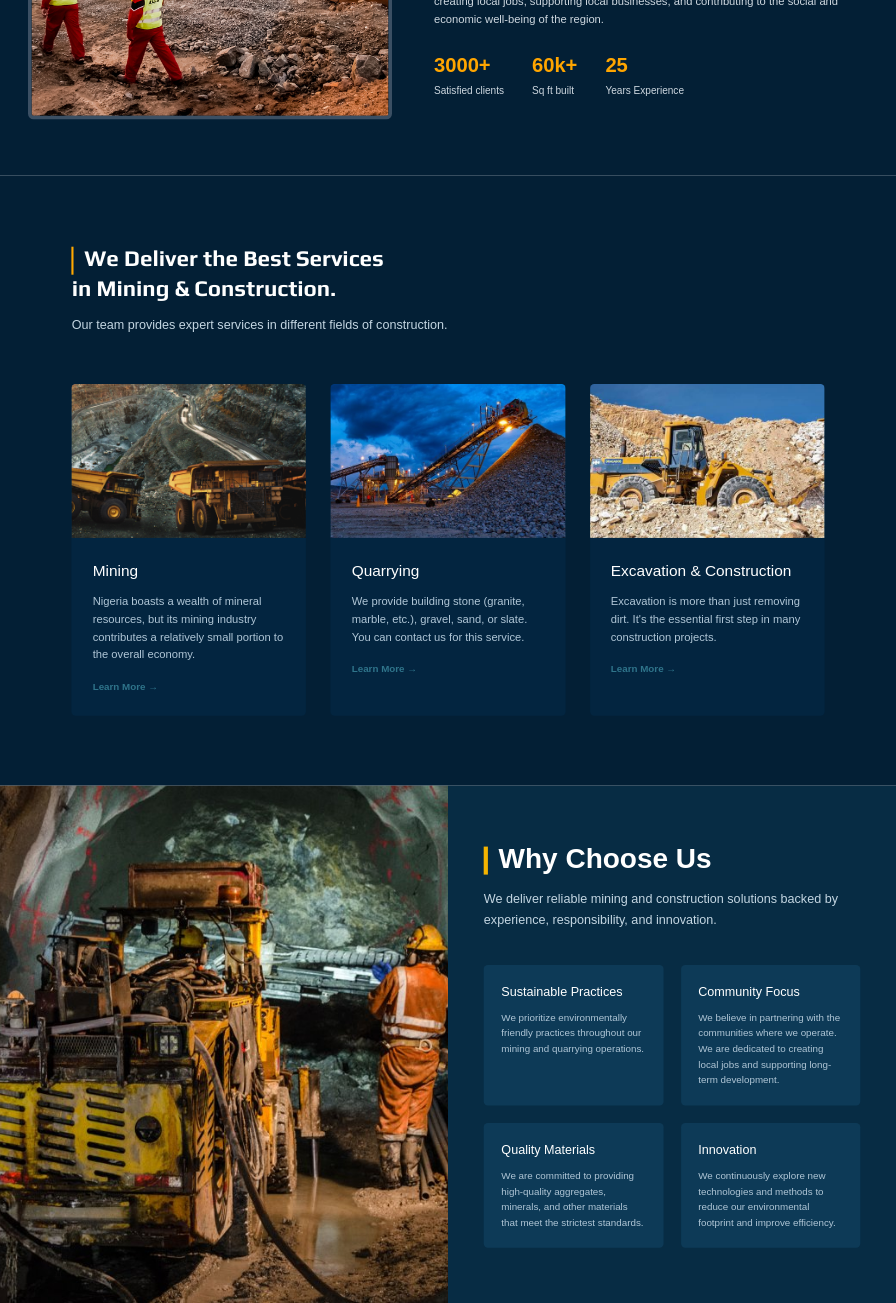
Repository: KC-Minchakpu/promise-earth
Page: /
An editor plug-in stored every save of this project. The page is shown before and after the next save, followed by the edit.
The browser window is 1280 px wide. The pictures show the part of the page from y = 1299 to 3219 px (the page is 3161 px tall before and 3219 px after), at 70% of full size.
The project was rebuilt for these pictures with package versions that can differ from the ones it lists, and the page was loaded fresh each time. The framework's server and built-in components were replaced by stand-ins that run in the browser. Also part of the build but not shown: next.config.ts.

Above is the page before, as saved 2026-02-26 16:38:00.

### src/app/layout.tsx
import type { Metadata } from "next";
import { Play, Poppins } from "next/font/google";
import "./globals.css";
import Header from "@/components/Header/Header";

const play = Play({
  variable: "--font-play",
  subsets: ["latin"],
  weight: ["400", "700"],
});

const poppins = Poppins({
  variable: "--font-poppins",
  subsets: ["latin"],
  weight: ["300", "400", "500", "600", "700"],
});

export const metadata: Metadata = {
  title: "Create Next App",
  description: "Generated by create next app",
};

export default function RootLayout({
  children,
}: Readonly<{
  children: React.ReactNode;
}>) {
  return (
    <html lang="en">
      <body
        className={`${play.variable} ${poppins.variable} antialiased`}
      >
        <Header />
        {children}
      </body>
    </html>
  );
}

### src/app/page.tsx
import AboutUsSection from "@/components/About/AboutUsSection";
import Hero from "@/components/Hero/Hero";
import ServicesSection from "@/components/Services/ServicesSection";
import WhyChooseUs from "@/components/WhyChooseUs/WhyChooseUs";


export default function Home() {
  return (
   <>
    <Hero />
    <AboutUsSection />
    <ServicesSection />
    <WhyChooseUs />
  </>
  );
}

### src/app/globals.css
@import "tailwindcss";

:root {
  --background: #ffffff;
  --foreground: #171717;
}


@media (prefers-color-scheme: dark) {
  :root {
    --background: #0a0a0a;
    --foreground: #ededed;
  }
}

body {
  background: var(--background);
  color: var(--foreground);
  font-family: Arial, Helvetica, sans-serif;
}

### src/components/About/AboutUsSection.tsx
// components/AboutUsSection.tsx
"use client";

import Image from "next/image";
import styles from "./AboutUsSection.module.css";

const AboutUsSection = () => {
  return (
    <section className={styles.aboutSection}>
      <div className={styles.container}>
        {/* Left Image */}
        <div className={styles.imageWrapper}>
          <Image
            src="/images/about-1.png"
            alt="Earth Moving Vehicle"
            width={400}
            height={400}
            className={styles.image}
          />
        </div>

        {/* Right Content */}
        <div className={styles.content}>
          <h2 className={styles.heading}>
            <span className={styles.highlight}>|</span> About Us.
          </h2>
          <h2 className={styles.heading}>
            We are committed to responsible extraction of the Earth&apos;s resources
          </h2>
          <p className={styles.description}>
            We prioritize environmentally friendly practices throughout our mining and quarrying operations. This includes minimizing waste, land reclamation, and utilizing innovative technologies to reduce our impact.
          </p>
          <p className={styles.description}>
            We believe in partnering with the communities where we operate. We are dedicated to creating local jobs, supporting local businesses, and contributing to the social and economic well-being of the region.
          </p>

          {/* Stats */}
          <div className={styles.stats}>
            <div className={styles.statItem}>
              <span className={styles.statNumber}>3000+</span>
              <span className={styles.statLabel}>Satisfied clients</span>
            </div>
            <div className={styles.statItem}>
              <span className={styles.statNumber}>60k+</span>
              <span className={styles.statLabel}>Sq ft built</span>
            </div>
            <div className={styles.statItem}>
              <span className={styles.statNumber}>25</span>
              <span className={styles.statLabel}>Years Experience</span>
            </div>
          </div>
        </div>
      </div>
    </section>
  );
};

export default AboutUsSection;

### src/components/Hero/Hero.tsx
"use client";

import Image from "next/image";
import Link from "next/link";
import styles from "./Hero.module.css";

const Hero = () => {
  return (
    <section className={styles.hero}>
      {/* Background Image */}
      <Image
        src="/images/hero.jpg"
        alt="Earth moving Vehicle"
        fill
        priority
        className={styles.backgroundImage}
      />

      {/* Overlay */}
      <div className={styles.overlay}></div>

      {/* Content */}
      <div className={styles.content}>
        <h1 className={styles.heading}>
          We Deliver High-Quality
          <br />
           Projects<span className={styles.highlight}>.</span>
        </h1>

        <div className={styles.buttons}>
          <Link href="/contact" className={styles.primaryBtn}>
            REQUEST A QUOTE
          </Link>

          <Link href="/about" className={styles.secondaryBtn}>
            LEARN MORE
          </Link>
        </div>
      </div>
    </section>
  );
};

export default Hero;

### src/components/Services/ServicesSection.tsx
"use client";

import Image from "next/image";
import styles from "./ServicesSection.module.css";

interface Service {
  title: string;
  description: string;
  image: string;
}

const services: Service[] = [
    {
    title: "Mining",
    description:
      "Nigeria boasts a wealth of mineral resources, but its mining industry contributes a relatively small portion to the overall economy.",
    image: "/images/services-1.png",
  },
  {
    title: "Quarrying",
    description:
      "We provide building stone (granite, marble, etc.), gravel, sand, or slate. You can contact us for this service.",
    image: "/images/services-2.jpg",
  },
  {
    title: "Excavation & Construction",
    description:
      "Excavation is more than just removing dirt. It's the essential first step in many construction projects.",
    image: "/images/services-3.jpg",
  },
];

export default function ServicesSection() {
  return (
    <section className={styles.section}>
      <div className={styles.container}>
        <div className={styles.header}>
          <h2>
            <span className={styles.accent}></span>
            We Deliver the Best Services <br /> in Mining & Construction.
          </h2>
          <p>
            Our team provides expert services in different fields of
            construction.
          </p>
        </div>

        <div className={styles.grid}>
          {services.map((service, index) => (
            <div key={index} className={styles.card}>
              <div className={styles.imageWrapper}>
                <Image
                  src={service.image}
                  alt={service.title}
                  fill
                  className={styles.image}
                />
              </div>

              <div className={styles.content}>
                <h3>{service.title}</h3>
                <p>{service.description}</p>
                <a href="#" className={styles.learnMore}>
                  Learn More →
                </a>
              </div>
            </div>
          ))}
        </div>
      </div>
    </section>
  );
}

### src/components/WhyChooseUs/WhyChooseUs.tsx
"use client";

import Image from "next/image";
import styles from "./WhyChooseUs.module.css";

interface Feature {
  title: string;
  description: string;
}

const features: Feature[] = [
  {
    title: "Sustainable Practices",
    description:
      "We prioritize environmentally friendly practices throughout our mining and quarrying operations.",
  },
  {
    title: "Community Focus",
    description:
      "We believe in partnering with the communities where we operate. We are dedicated to creating local jobs and supporting long-term development.",
  },
  {
    title: "Quality Materials",
    description:
      "We are committed to providing high-quality aggregates, minerals, and other materials that meet the strictest standards.",
  },
  {
    title: "Innovation",
    description:
      "We continuously explore new technologies and methods to reduce our environmental footprint and improve efficiency.",
  },
];

export default function WhyChooseUs() {
  return (
    <section className={styles.section}>
      {/* Left Image */}
      <div className={styles.imageContainer}>
        <Image
          src="/images/about-3.jpg"
          alt="Mining Site"
          fill
          className={styles.image}
        />
      </div>

      {/* Right Content */}
      <div className={styles.content}>
        <div className={styles.inner}>
          <h2>
            <span className={styles.accent}></span>
            Why Choose Us
          </h2>

          <p className={styles.intro}>
            We deliver reliable mining and construction solutions backed by
            experience, responsibility, and innovation.
          </p>

          <div className={styles.grid}>
            {features.map((feature, index) => (
              <div key={index} className={styles.card}>
                <h3>{feature.title}</h3>
                <p>{feature.description}</p>
              </div>
            ))}
          </div>
        </div>
      </div>
    </section>
  );
}

### src/components/Header/Header.module.css
.header {
  position: sticky;
  top: 0;
  z-index: 9999;
  transition: all 0.3s ease;
}

.scrolled {
  box-shadow: 0 6px 20px rgba(0, 0, 0, 0.15);
}

.topBar {
  background: linear-gradient(to right, #0f2b3a, #0c1f2a);
  color: #ffffff;
  font-size: 14px;
  font-family: "Play", sans-serif;
  border-bottom: 1px solid #888888;
}

.topContainer {
  max-width: 1200px;
  margin: auto;
  padding: 8px 20px;
  display: flex;
  justify-content: space-between;
  align-items: center;
}

.topLeft span {
  margin-right: 25px;
}

.topRight a {
  margin-left: 8px;
  display: inline-block;
}

/* NAVBAR */
.navbar {
  background: #0d2533;
  color: white;
}

.navContainer {
  max-width: 1200px;
  margin: auto;
  padding: 18px 20px;
  display: flex;
  align-items: center;
  justify-content: space-between;
}

/* LOGO */
.logo {
  display: flex;
  align-items: center;
  gap: 10px;
  font-size: 28px;
  font-weight: bold;
  font-family: "Play", sans-serif;
  text-decoration: none;
  color: white;
}

/* NAV LINKS */
.navLinks {
  display: flex;
  align-items: center;
  gap: 30px;
}

.navLinks a {
  color: white;
  text-decoration: none;
  font-size: 19px;
  font-weight: 500;
  transition: color 0.3s ease;
  font-family: "Play", sans-serif;
}

.navLinks a:hover {
  color: #ffae00;
}

.active {
  color: #ffbb00 !important;
}

/* DROPDOWN  */
.dropdown {
  position: relative;
}

.dropBtn {
  background: none;
  border: none;
  color: white;
  font-weight: 500;
  font-size: 19px;
  display: flex;
  align-items: center;
  gap: 5px;
  cursor: pointer;
  transition: color 0.3s ease;
}

.dropBtn:hover {
  color: #ffc400;
}

.dropdownMenu {
  position: absolute;
  top: 100%;
  left: 0;
  margin-top: 0;
  background: #111111;
  min-width: 250px;
  border-radius: 6px;
  box-shadow: 0 10px 25px rgba(0, 0, 0, 0.15);
  opacity: 0;
  transform: translateY(10px);
  pointer-events: none;
  transition: all 0.25s ease;
}

.showDropdown {
  opacity: 1;
  transform: translateY(0);
  pointer-events: auto;
}

.dropdownMenu a {
  display: block;
  padding: 12px 18px;
  color: #ffffff;
  text-decoration: none;
  transition: background 0.3s ease;
}

.dropdownMenu a:hover {
   color: #ffc400;
}

/* CTA  */
.cta a {
  background: #ff6600;
  padding: 12px 24px;
  border-radius: 6px;
  color: white;
  text-decoration: none;
  font-weight: bold;
  transition: all 0.3s ease;
}

.cta a:hover {
  background: #e65c00;
  transform: translateY(-2px);
}

/*  MOBILE  */
.mobileToggle {
  display: none;
  cursor: pointer;
}

@media (max-width: 992px) {
  .navLinks {
    position: absolute;
    top: 80px;
    left: 0;
    width: 100%;
    background: #0d2533;
    flex-direction: column;
    padding: 20px;
    display: none;
  }

  .show {
    display: flex;
  }

  .cta {
    display: none;
  }

  .mobileToggle {
    display: block;
  }

  .dropdownMenu {
    position: relative;
    top: 0;
    box-shadow: none;
    opacity: 1;
    transform: none;
    pointer-events: auto;
    background: #112f40;
  }

  .dropdownMenu a {
    color: white;
  }
}

### src/components/About/AboutUsSection.module.css
/* components/AboutUsSection.module.css */

.aboutSection {
  background-color: #031f35;
  padding: 80px 20px;
  color: #ffffff;
}

.container {
  display: flex;
  align-items: center;
  justify-content: center;
  gap: 60px;
  max-width: 1200px;
  margin: 0 auto;
  flex-wrap: wrap;
}

.imageWrapper {
  flex: 1 1 400px;
}

.image {
  border: 5px solid #3b4f63;
  border-radius: 8px;
  width: 100%;
  height: auto;
  object-fit: cover;
}

.content {
  flex: 1 1 500px;
}

.heading {
  font-size: 2rem;
  font-weight: 700;
  font-family: "Play", sans-serif;
  margin-bottom: 20px;
  display: flex;
  align-items: center;
}

.highlight {
  color: #ffa800;
  margin-right: 10px;
}

.description {
  font-size: 1rem;
  line-height: 1.7;
  margin-bottom: 15px;
  color: #cfd8e0;
}

.stats {
  display: flex;
  gap: 40px;
  margin-top: 30px;
  flex-wrap: wrap;
}

.statItem {
  display: flex;
  flex-direction: column;
  align-items: flex-start;
}

.statNumber {
  font-size: 1.8rem;
  font-weight: 700;
  color: #ffa500;
}

.statLabel {
  font-size: 0.9rem;
  color: #cfd8e0;
  margin-top: 5px;
}

### src/components/Hero/Hero.module.css
.hero {
  position: relative;
  width: 100%;
  height: 100vh;
  min-height: 650px;
  display: flex;
  align-items: center;
  overflow: hidden;
}

/* Background Image */
.backgroundImage {
  object-fit: cover;
  z-index: 1;
}

/* Blue Gradient Overlay */
.overlay {
  position: absolute;
  inset: 0;
  background: linear-gradient(
    180deg,
    rgba(0, 0, 0, 0.6) 0%,
    rgba(0, 0, 0, 0.3) 50%,
    rgba(0, 0, 0, 0.6) 100%
  );
  z-index: 2;
}

/* Content */
.content {
  position: relative;
  z-index: 3;
  max-width: 1200px;
  margin: 0 auto;
  padding: 0 40px;
  color: white;
}

/* Heading */
.heading {
  font-size: 54px;
  font-weight: 800;
  line-height: 1.15;
  letter-spacing: -1px;
  margin-bottom: 40px;
  max-width: 700px;
}

.highlight {
  color: #ffb400;
}

/* Buttons */
.buttons {
  display: flex;
  gap: 20px;
}

.primaryBtn {
  background: #ffb400;
  color: #222222;
  padding: 16px 32px;
  border-radius: 8px;
  font-weight: 700;
  text-decoration: none;
  transition: all 0.3s ease;
}

.primaryBtn:hover {
  background: #e6a200;
  transform: translateY(-3px);
}

.secondaryBtn {
  border: 2px solid #ffffff;
  color: #ffffff;
  padding: 16px 32px;
  border-radius: 8px;
  font-weight: 600;
  text-decoration: none;
  transition: all 0.3s ease;
}

.secondaryBtn:hover {
  background: rgba(255, 255, 255, 0.1);
  transform: translateY(-3px);
}

/* Responsive */

@media (max-width: 1024px) {
  .heading {
    font-size: 48px;
  }
}

@media (max-width: 768px) {
  .hero {
    height: 85vh;
  }

  .heading {
    font-size: 36px;
  }

  .buttons {
    flex-direction: column;
    gap: 15px;
  }

  .primaryBtn,
  .secondaryBtn {
    width: fit-content;
  }
}

### src/components/Services/ServicesSection.module.css
.section {
  background-color: #031f35;
  padding: 100px 8%;
  color: white;
}

.container {
  max-width: 1400px;
  margin: 0 auto;
}

/*  HEADER  */

.header {
  max-width: 800px;
  margin-bottom: 70px;
}

.header h2 {
  font-size: 2rem;
  font-weight: 700;
  font-family: "Play", sans-serif;
  line-height: 1.2;
  position: relative;
}

.accent {
  display: inline-block;
  width: 3px;
  height: 40px;
  background-color: #ffa800;
  margin-right: 15px;
  vertical-align: middle;
}

.header p {
  margin-top: 20px;
  font-size: 18px;
  color: #c4d6e2;
}

/*  GRID  */

.grid {
  display: grid;
  grid-template-columns: repeat(3, 1fr);
  gap: 35px;
}

/*  CARD  */

.card {
  background-color: #032540;
  border-radius: 6px;
  overflow: hidden;
  transition: transform 0.3s ease, box-shadow 0.3s ease;
}


/* IMAGE */

.imageWrapper {
  position: relative;
  width: 100%;
  height: 220px;
}

.image {
  object-fit: cover;
}

/* ================= CONTENT ================= */

.content {
  padding: 30px;
}

.content h3 {
  font-size: 22px;
  margin-bottom: 15px;
}

.content p {
  color: #b0c6d6;
  line-height: 1.6;
  margin-bottom: 20px;
}

.learnMore {
  color: #2f748a;
  text-decoration: none;
  font-weight: 600;
  font-size: 14px;
}

/* ================= RESPONSIVE ================= */

@media (max-width: 1100px) {
  .grid {
    grid-template-columns: repeat(2, 1fr);
  }
}

@media (max-width: 600px) {
  .grid {
    grid-template-columns: 1fr;
  }

  .header h2 {
    font-size: 30px;
  }
}

### src/components/WhyChooseUs/WhyChooseUs.module.css
.section {
  display: flex;
  width: 100%;
  min-height: 650px;
}

/* LEFT IMAGE  */

.imageContainer {
  position: relative;
  flex: 1;
  min-height: 650px;
}

.image {
  object-fit: cover;
}

/*  RIGHT CONTENT  */

.content {
  flex: 1;
  background-color: #072c44;
  color: white;
  display: flex;
  align-items: center;
}

.inner {
  padding: 80px 8%;
  max-width: 650px;
}

/*  HEADER  */

.inner h2 {
  font-size: 40px;
  font-weight: 700;
  line-height: 1.2;
}

.accent {
  display: inline-block;
  width: 6px;
  height: 40px;
  background-color: #f4b400;
  margin-right: 15px;
  vertical-align: middle;
}

.intro {
  margin-top: 20px;
  margin-bottom: 50px;
  font-size: 18px;
  color: #c4d6e2;
  line-height: 1.6;
}

/* 2x2 GRID */

.grid {
  display: grid;
  grid-template-columns: repeat(2, 1fr);
  gap: 25px;
}

.card {
  background-color: #0d3a57;
  padding: 25px;
  border-radius: 6px;
  transition: all 0.3s ease;
}

.card:hover {
  transform: translateY(-6px);
  background-color: #114a6d;
}

.card h3 {
  font-size: 18px;
  margin-bottom: 12px;
}

.card p {
  font-size: 14px;
  color: #b0c6d6;
  line-height: 1.6;
}

/* RESPONSIVE */

@media (max-width: 1100px) {
  .section {
    flex-direction: column;
  }

  .imageContainer {
    height: 400px;
  }

  .inner {
    padding: 60px 8%;
  }
}

@media (max-width: 600px) {
  .grid {
    grid-template-columns: 1fr;
  }

  .inner h2 {
    font-size: 30px;
  }
}

Loaded but not shown: src/components/Header/Header.tsx (185 lines, source omitted)

After the next save:
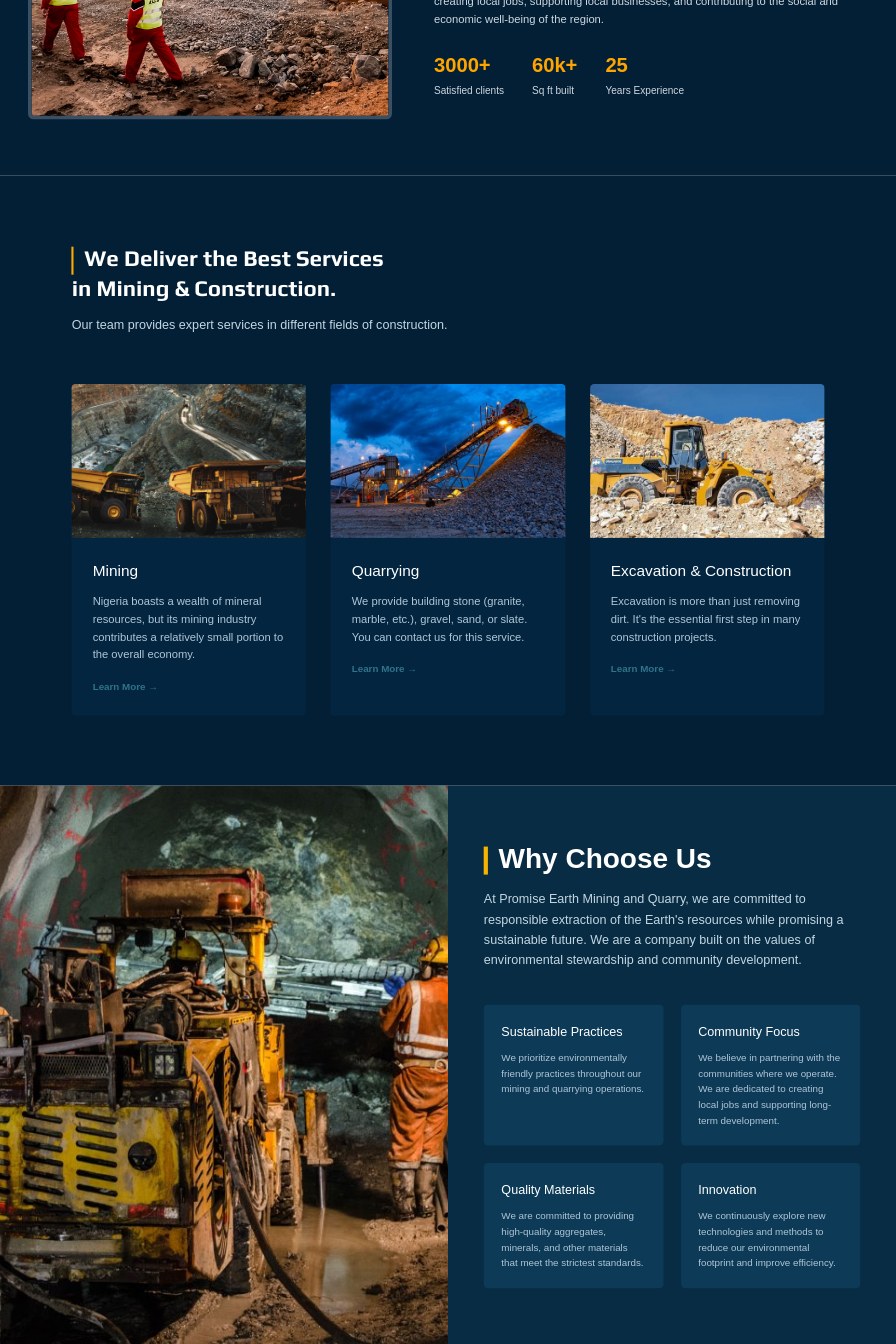
Saved 76 s later.
--- a/src/components/WhyChooseUs/WhyChooseUs.tsx
+++ b/src/components/WhyChooseUs/WhyChooseUs.tsx
@@ -53,8 +53,9 @@ export default function WhyChooseUs() {
           </h2>
 
           <p className={styles.intro}>
-            We deliver reliable mining and construction solutions backed by
-            experience, responsibility, and innovation.
+            At Promise Earth Mining and Quarry, we are committed to responsible extraction of the
+            Earth&apos;s resources while promising a sustainable future. We are a company built on the
+            values of environmental stewardship and community development.
           </p>
 
           <div className={styles.grid}>
